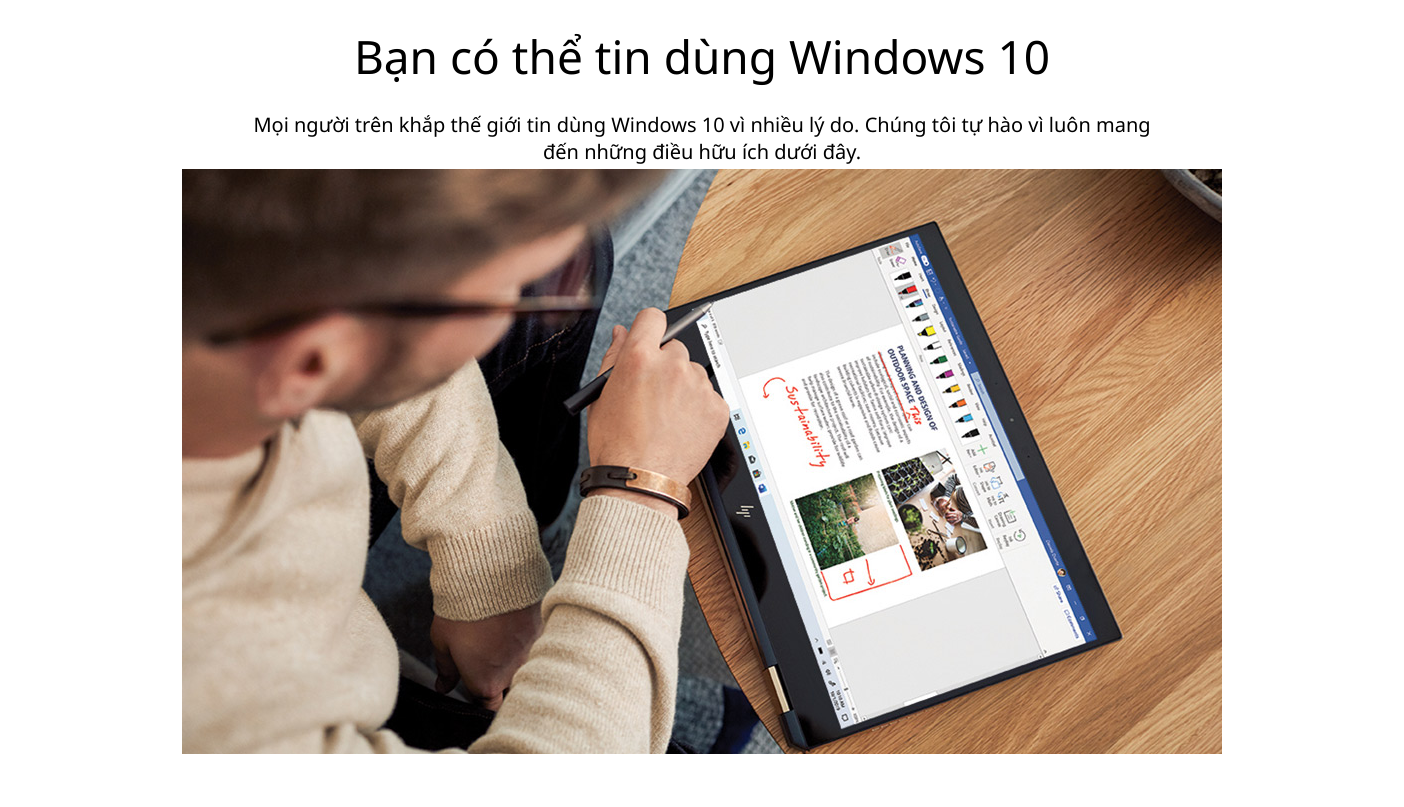
Repository: hoangphuong965/clone-Microsoft---practice
Page: index.html
An editor plug-in stored every save of this project. The page is shown before and after a run of saves, followed by the edit.
The browser window is 1280 px wide. The page is 1404 px wide, so the pictures cover 1404 px, including what lies to the right of the window. The pictures show the part of the page from y = 1489 to 2329 px (the page is 2296 px tall before and 2329 px after).

Above is the page before, as saved 2020-06-10 20:47:02.

After the next 5 saves:
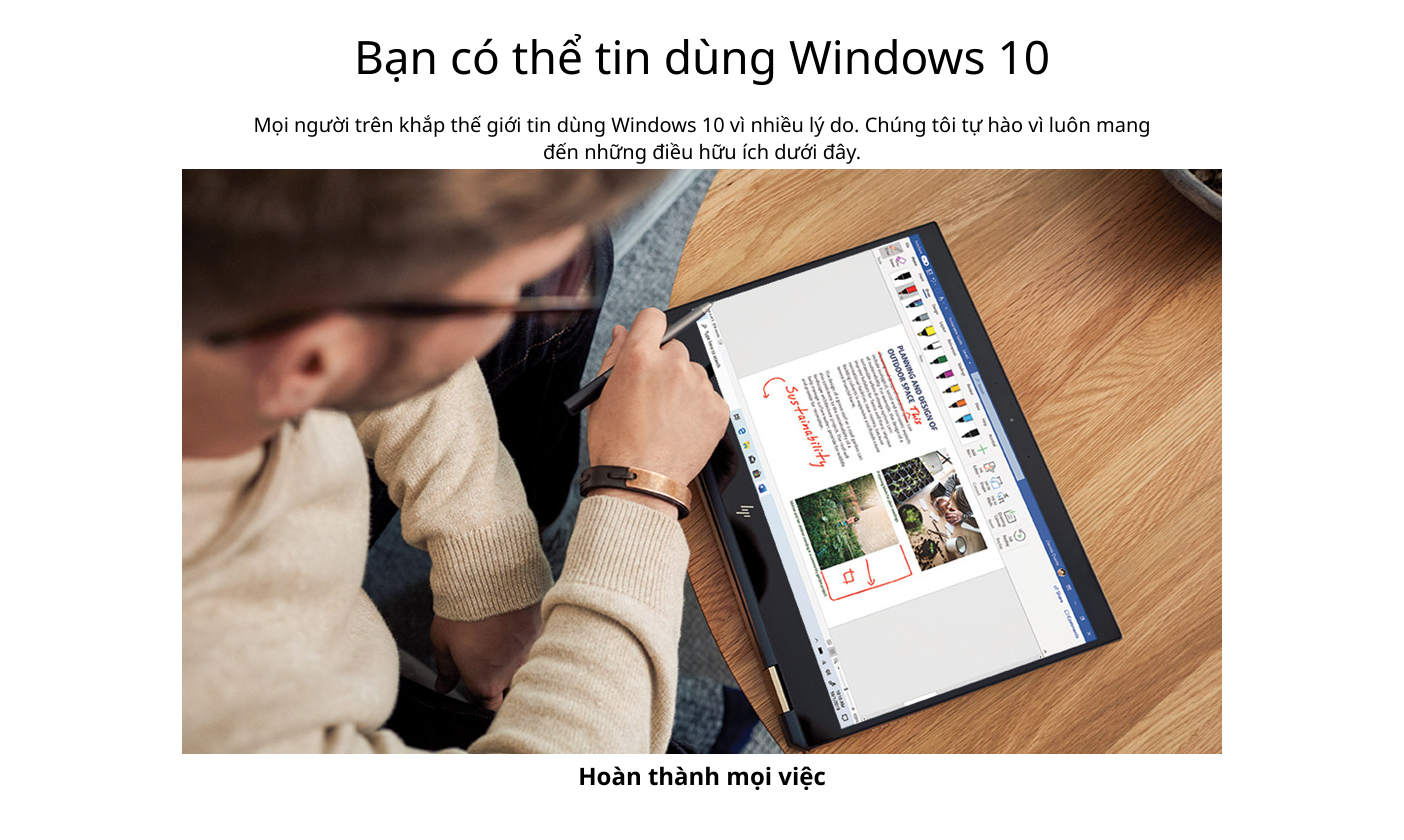
The 5 saves are shown as one change because they came seconds apart.
The last was saved 14 s later.
--- a/index.html
+++ b/index.html
@@ -127,6 +127,9 @@
                 </section>
                 <section class="feature-text-right">
                     <span>
+                        <h2>Hoàn thành mọi việc</h2>
+                    </span>
+                    <span>
 
                     </span>
                 </section>
